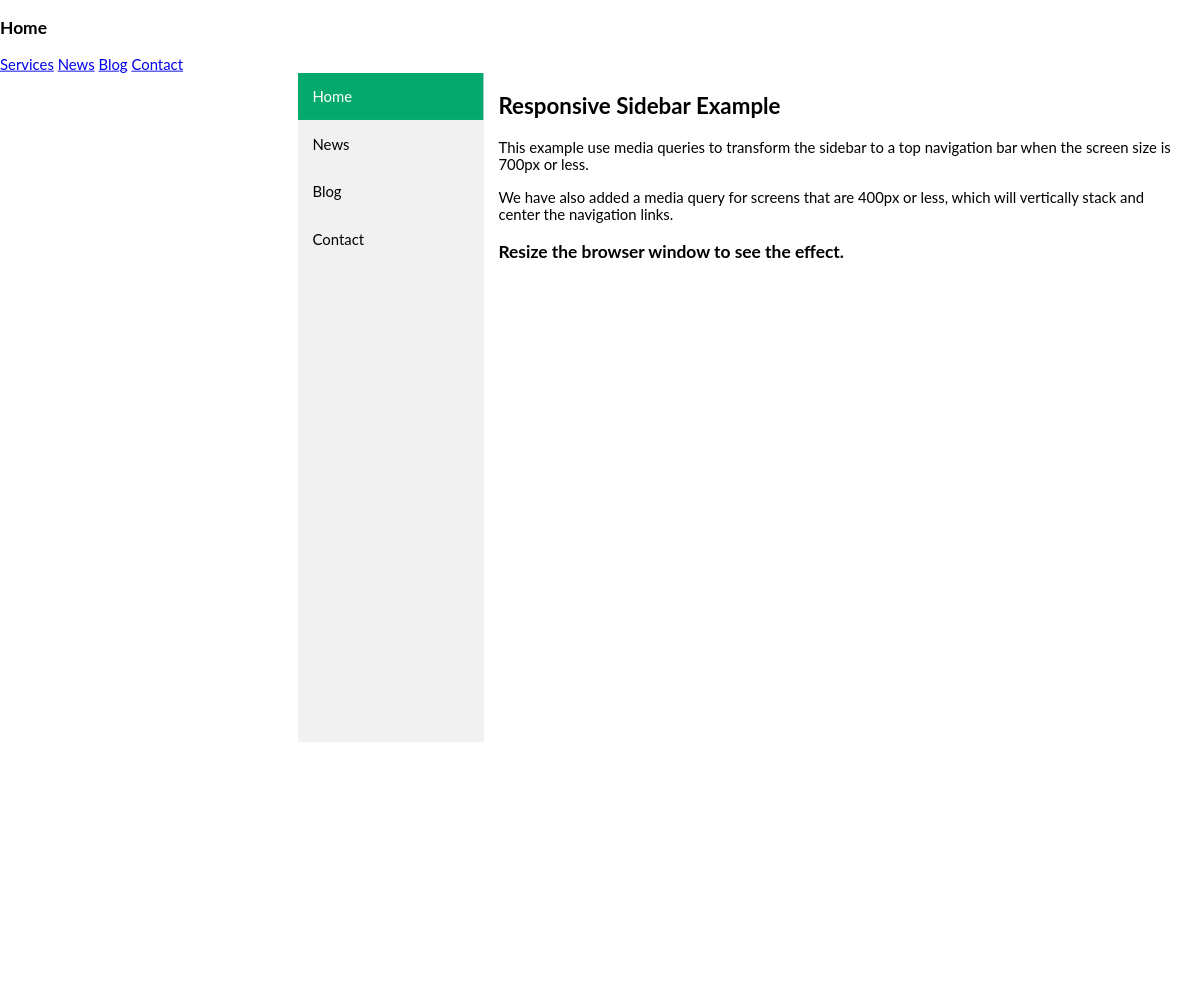
Repository: Chicken2k/testpv
Page: testpv.html
An editor plug-in stored every save of this project. The page is shown before and after a run of saves, followed by the edit.
The browser window is 1280 px wide. The pictures show the whole page, at 93% of full size.

Above is the page before, as saved 2022-05-09 17:21:41.

### testpv.html
<!DOCTYPE html>
<html lang="en">

<head>
  <meta charset="UTF-8">
  <meta http-equiv="X-UA-Compatible" content="IE=edge">
  <meta name="viewport" content="width=device-width, initial-scale=1.0">
  <title>Test Pv</title>
  <link rel="stylesheet" href="./testpv.css">
</head>

<body>
  <!-- Sidebar -->
  <div class="w3-sidebar w3-light-grey w3-bar-block" style="width:25%">
    <h3 class="w3-bar-item">Home</h3>
    <a href="#" class="w3-bar-item w3-button">Services</a>
    <a href="#" class="w3-bar-item w3-button">News</a>
    <a href="#" class="w3-bar-item w3-button">Blog</a>
    <a href="#" class="w3-bar-item w3-button">Contact</a>
  </div>
  <!-- Page Content -->
  <div style="margin-left:25%">

    <div class="sidebar">
      <a class="active" href="#home">Home</a>
      <a href="#news">News</a>
      <a href="#contact">Blog</a>
      <a href="#about">Contact</a>
    </div>

    <div class="content">
      <h2>Responsive Sidebar Example</h2>
      <p>This example use media queries to transform the sidebar to a top navigation bar when the screen size is 700px or less.</p>
      <p>We have also added a media query for screens that are 400px or less, which will vertically stack and center the navigation links.</p>
      <h3>Resize the browser window to see the effect.</h3>
    </div>

  </div>
</body>

</html>

### testpv.css
body {
  margin: 0;
  font-family: "Lato", sans-serif;
}

.sidebar {
  margin: 0;
  padding: 0;
  width: 200px;
  background-color: #f1f1f1;
  position: fixed;
  height: 100%;
  overflow: auto;
}

.sidebar a {
  display: block;
  color: black;
  padding: 16px;
  text-decoration: none;
}

.sidebar a.active {
  background-color: #04AA6D;
  color: white;
}

.sidebar a:hover:not(.active) {
  background-color: #555;
  color: white;
}

div.content {
  margin-left: 200px;
  padding: 1px 16px;
  height: 1000px;
}

@media screen and (max-width: 700px) {
  .sidebar {
    width: 100%;
    height: auto;
    position: relative;
  }
  .sidebar a {float: left;}
  div.content {margin-left: 0;}
}

@media screen and (max-width: 400px) {
  .sidebar a {
    text-align: center;
    float: none;
  }
}

After the next 3 saves:
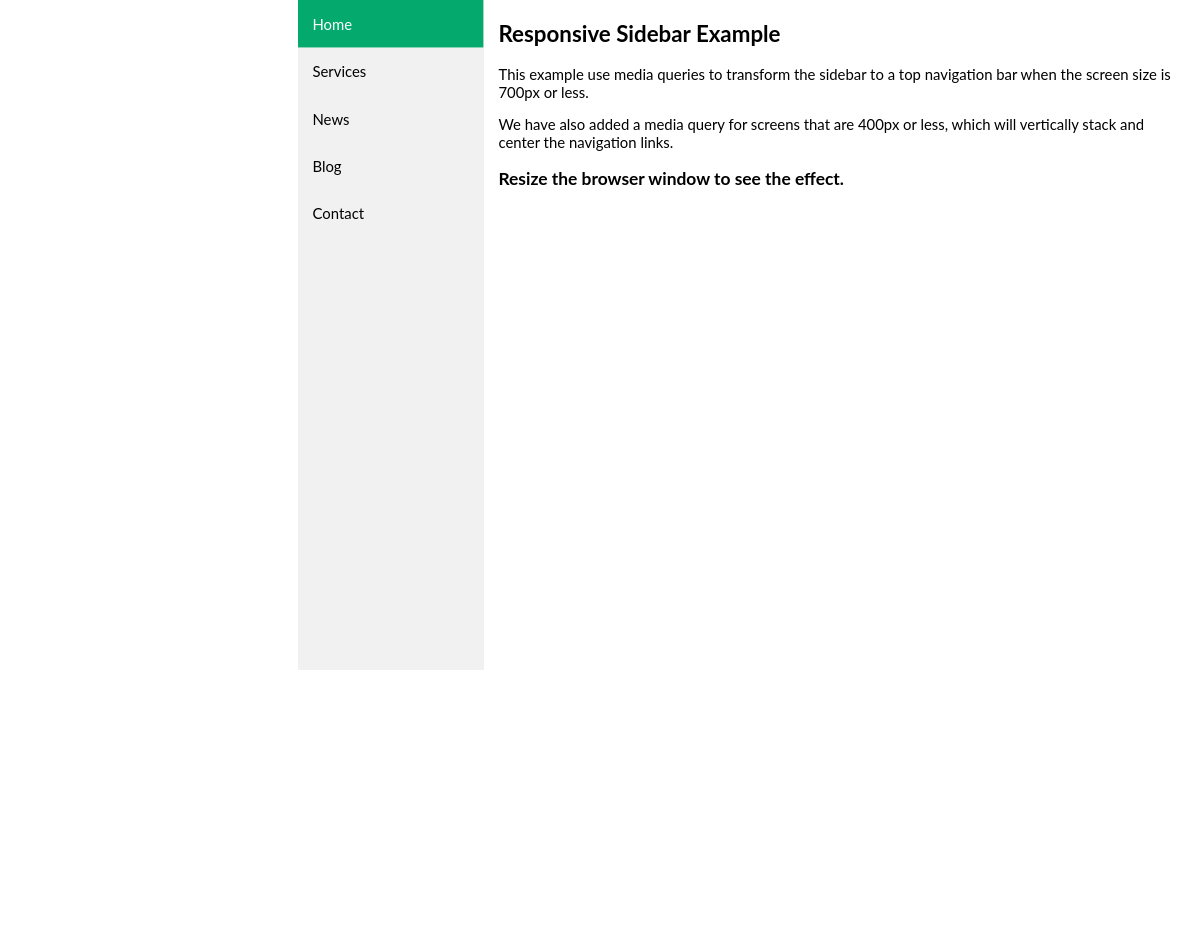
The 3 saves are shown as one change because they came seconds apart.
The last was saved 12 s later.
--- a/testpv.html
+++ b/testpv.html
@@ -10,19 +10,12 @@
 </head>
 
 <body>
-  <!-- Sidebar -->
-  <div class="w3-sidebar w3-light-grey w3-bar-block" style="width:25%">
-    <h3 class="w3-bar-item">Home</h3>
-    <a href="#" class="w3-bar-item w3-button">Services</a>
-    <a href="#" class="w3-bar-item w3-button">News</a>
-    <a href="#" class="w3-bar-item w3-button">Blog</a>
-    <a href="#" class="w3-bar-item w3-button">Contact</a>
-  </div>
   <!-- Page Content -->
   <div style="margin-left:25%">
 
     <div class="sidebar">
       <a class="active" href="#home">Home</a>
+      <a href="#news">Services</a>
       <a href="#news">News</a>
       <a href="#contact">Blog</a>
       <a href="#about">Contact</a>
